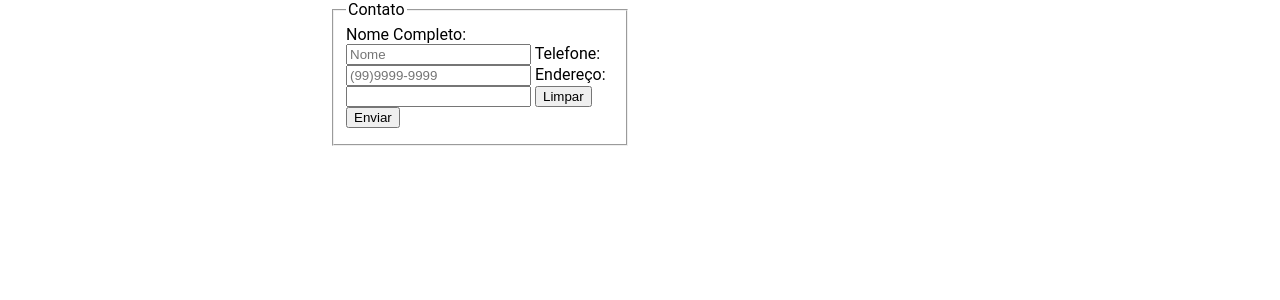
Repository: PedroViniciusVeiga/ProjetoColdigo
Page: exemploServlet/WebContent/contato.html
The author's editor kept a copy of each file at every save. The page is drawn from the files as they stood at one save, then again after the next save.
The browser window is 1280 px wide. The pictures show the whole page.

Above is the page before, as saved 2021-04-07 23:05:40.

After the next save:
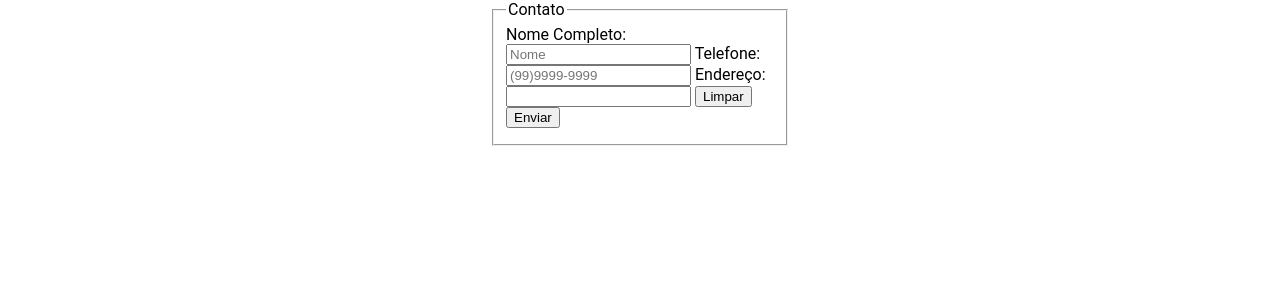
Saved 72 s later.
--- a/exemploServlet/WebContent/css/siteContato.css
+++ b/exemploServlet/WebContent/css/siteContato.css
@@ -16,7 +16,7 @@ section{
 
 .blocoForm{
 	float:left;
-	width: 75%;;
+	width: 100%;;
 
 }
 
